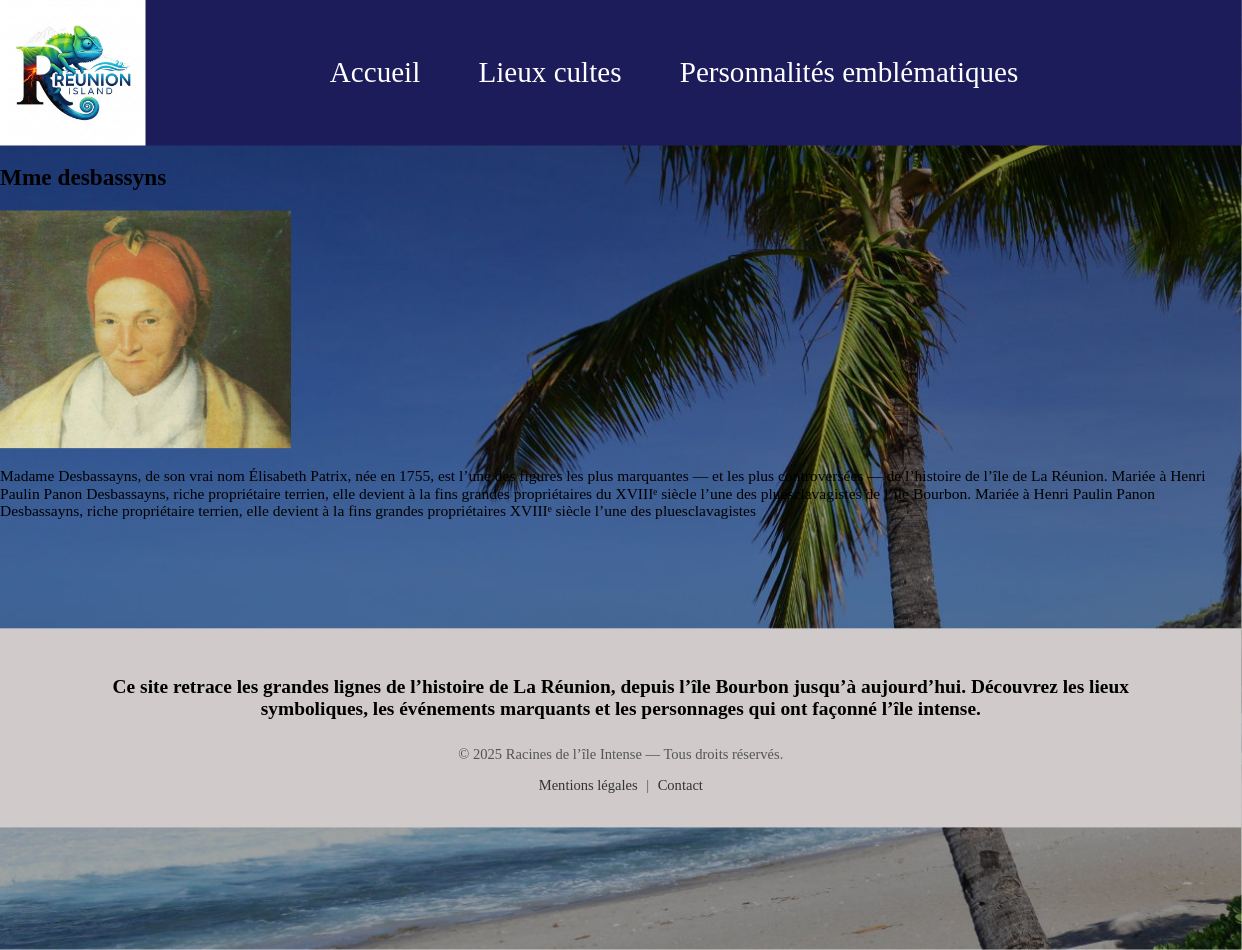
Repository: racinesintense974/Racines-de-lile-intense
Page: desbassayns.html
The author's editor kept a copy of each file at every save. The page is drawn from the files as they stood at one save, then again after the next save.
The browser window is 1280 px wide. The pictures show the whole page, at 97% of full size.

Above is the page before, as saved 2026-02-19 16:37:07.

### desbassayns.html
<!DOCTYPE html>
<html lang="fr">
<head>
    <meta charset="UTF-8">
    <title>Mme desbassyns</title>
    <link rel="stylesheet" href="css/meow.css">
</head>
<body>

<body>
    <section class="top-page">
        <header class="header">
            <img src="image/logo22.png" alt="logo du site">
        <nav class="nav">
    <ul class="menu">
        <li><a href="index.html">Accueil</a></li>

        <li class="dropdown">
            <a href="#">Lieux cultes</a>
            <ul class="submenu">
                <li><a href="mafate.html">Mafate</a></li>
                <li><a href="cilaos.html">Cilaos</a></li>
                <li><a href="volcans.html">Les volcans</a></li>
            </ul>
        </li>

        <li class="dropdown">
        <a href="#">Personnalités emblématiques</a>
            <ul class="submenu">
                <li><a href="olivier-levasseur.html">Olivier Levasseur</a></li>
                <li><a href="Desbassayns.html">Madame Desbassayns</a></li>
                <li><a href="Garros.html">Rolland Garros</a></li>
            </ul>
        </li>

    </ul>
    </nav>
</header>

<main>
    <h1>Mme desbassyns</h1>
    <img src="image/desbassyns.png" width="300">
        <p>
        Madame Desbassayns, de son vrai nom Élisabeth Patrix, née en 1755, est l’une des figures

        les plus marquantes — et les plus controversées — de l’histoire de l’île de La Réunion.

        Mariée à Henri Paulin Panon Desbassayns, riche propriétaire terrien, elle devient à la fins grandes propriétaires

        du XVIIIᵉ siècle l’une des pluesclavagistes de l’île Bourbon.

       Mariée à Henri Paulin Panon Desbassayns, riche propriétaire terrien, elle devient à la fins grandes propriétaires

       XVIIIᵉ siècle l’une des pluesclavagistes
        </p>
    </div>
</main>
<footer class="footer">
    <h1 class="big-title2">Ce site retrace les grandes lignes de l’histoire de La Réunion, depuis l’île Bourbon jusqu’à aujourd’hui. Découvrez les lieux symboliques, les événements marquants et les personnages qui ont façonné l’île intense.</h1>
  <p>&copy; 2025 Racines de l’île Intense — Tous droits réservés.</p>
  <p><a href="mentions-legales.html">Mentions légales</a> | <a href="contact.html">Contact</a></p>
</footer>

    </section>
</body>
</html>

### css/meow.css

*

body {
    margin: 0 auto;

}

header.header {
    display: flex;
    align-items: center;
    background-color: rgb(28, 28, 91);                    /* Entête */
    margin: 0;

}

header.header img {
    width: 150px;
}






section.top-page {
    background: url('../image/sudreunion_grandeanse.jpg');
    background-size: cover;
    height: 136vh;
    padding: 0px;
}
/* page de bienvenue (landing page) */
.big-title {
    color: rgb(255, 255, 255);
    font-size: 27px;
    padding: 55px 360px;
    background-color: rgba(0, 0, 0, 0.323);
    margin-top: 0;



}
html, body {
  height: 100%;           /* Nécessaire pour que le conteneur remplisse l'écran */
  margin: 0;
  padding: 0;
}

.conteneur-central {
  display: flex;
  justify-content: center;      /* centre horizontalement */
  align-items: center;          /* centre verticalement */
  height: 70vh;                /* 100% de la hauteur de l'écran */
}

/* La galerie contient les images */
.galerie-images {
  display: flex;
  gap: 20px;
  flex-wrap: wrap;
  justify-content: center;
}

.galerie-images img {
  width: 390px;
  height: auto;
  border-radius: 50px;
  box-shadow: 0 4px 10px rgba(0, 0, 0, 0.1);
  transition: transform 0.3s ease;
}

.galerie-images img:hover {
  transform: scale(1.05);
}

.big-title2 {
    color: black;
    font-size: 20px;
    padding: 10px 50px;
}

.footer {
    width: 100%;
  background-color: #d0caca;
  padding: 20px;
  text-align: center;
  font-size: 15px;
  color: #555;
  border-top: 1px solid #ccc;
  margin-top: 112px;
   box-sizing: border-box;

}

.footer a {
  color: #333;
  text-decoration: none;
  margin: 0 5px;
}

.footer a:hover {
  text-decoration: underline;
}


/* menu de navigation */

nav.nav {
    display: flex;
    justify-content: space-between;
    list-style: none;
    width: 970px;
    margin-left: 180px;
font-size: 30px;
}


nav.nav li {
    color: white;
}



/* ===== MENU DEROULANT LIEUX-CULTES ===== */

nav.nav ul.menu {
    list-style: none;
    display: flex;
    gap: 40px;           /* espace entre les éléments */
    margin: 0;
    padding: 0;
}

nav.nav ul.menu > li {
    position: relative;
}

nav.nav ul.menu a {
    text-decoration: none;
    color: white;
    font-size: 30px;
    padding: 10px;
}

/* Sous-menu caché */
.submenu {
    list-style: none;
    padding: 0;
    margin: 0;
    position: absolute;
    background: rgb(12, 16, 70);
    border-radius: 5px;
    border: 1px solid black;
    display: none;
    min-width: 180px;
    z-index: 10;
}

/* Liens du sous-menu */
.submenu li a {
    color: black;
    padding: 10px;
    display: block;
    font-size: 20px;
}

/* Apparition au survol */
.dropdown:hover .submenu {
    display: block;
}

/* Effet hover */
.submenu li a:hover {
    background-color: #a01212;
}

After the next save:
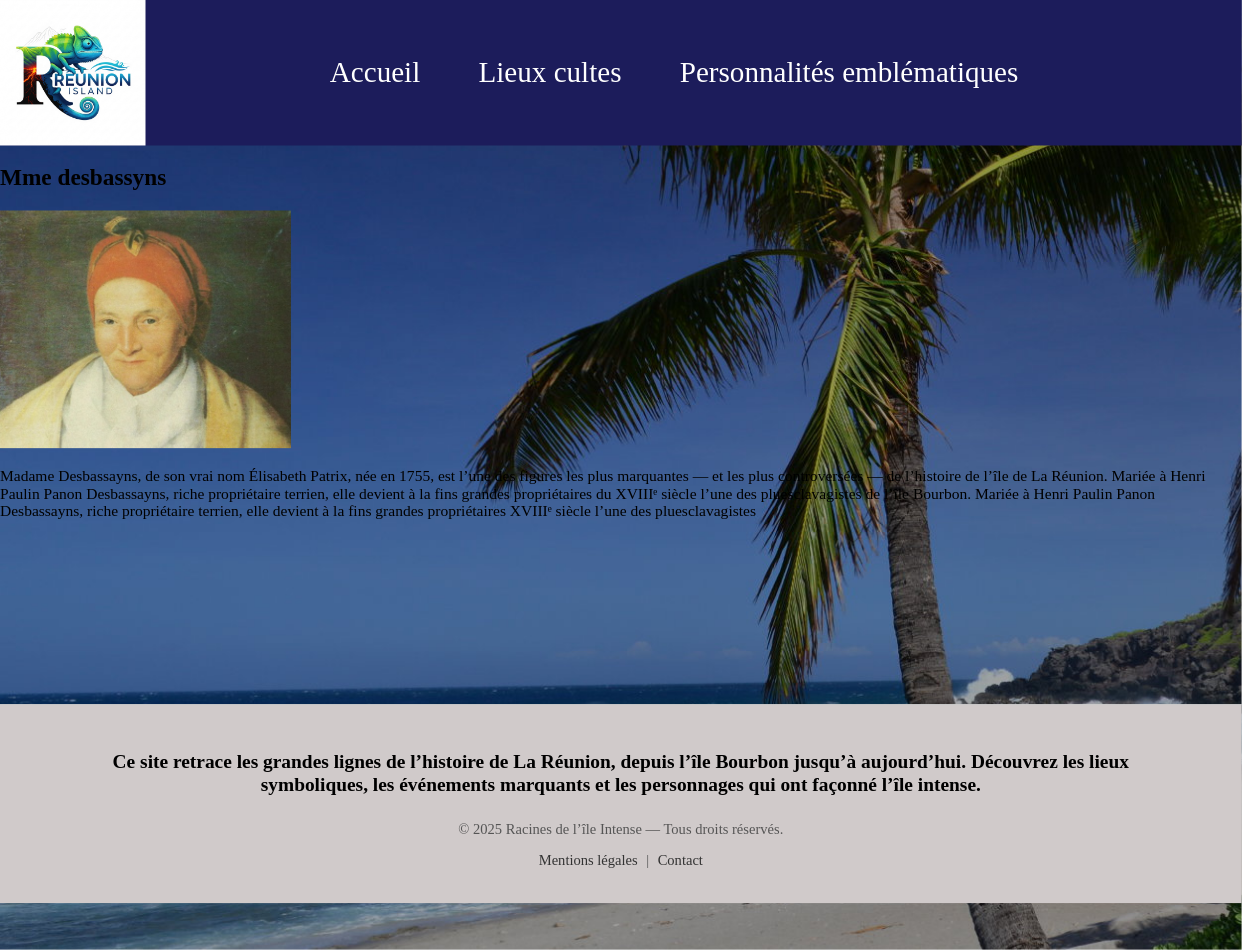
Saved 10 s later.
--- a/css/meow.css
+++ b/css/meow.css
@@ -87,7 +87,7 @@ html, body {
   font-size: 15px;
   color: #555;
   border-top: 1px solid #ccc;
-  margin-top: 112px;
+  margin-top: 190px;
    box-sizing: border-box;
 
 }
